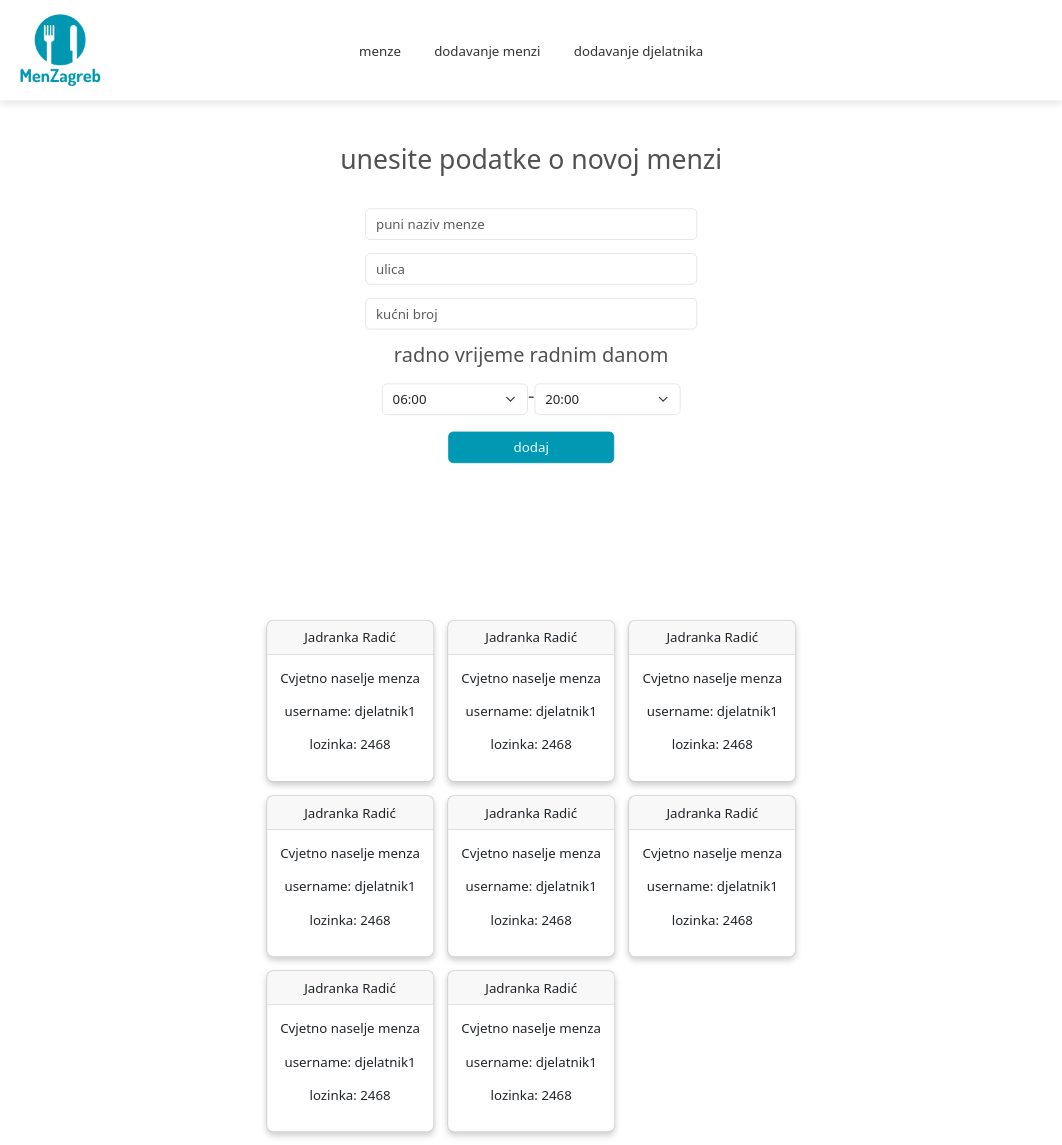
Repository: MENZG/menZg
Page: /admin/dodajMenzu (app in IzvorniKod/)
The author's editor kept a copy of each file at every save. The page is drawn from the files as they stood at one save, then again after the next save.
The browser window is 1280 px wide. The pictures show the whole page, at 83% of full size.
The project was rebuilt for these pictures with package versions that can differ from the ones it lists, and the page was loaded fresh each time. Also part of the build but not shown: IzvorniKod/vite.config.ts, IzvorniKod/src/Components/LoginForm.tsx, IzvorniKod/src/Components/AdminLogin.tsx, IzvorniKod/src/Components/EmployeeLogin.tsx, IzvorniKod/src/Components/NavBar.tsx, IzvorniKod/src/Components/ListaMenza.tsx, IzvorniKod/src/Components/Profil.tsx, IzvorniKod/src/Components/AddEmployee.tsx and 5 more.

Above is the page before, as saved 2024-11-07 14:06:15.

### IzvorniKod/index.html
<!DOCTYPE html>
<html lang="en">
  <head>
    <meta charset="UTF-8" />
    <meta name="viewport" content="width=device-width, initial-scale=1.0" />
    <link rel="preconnect" href="https://fonts.googleapis.com">
    <link rel="preconnect" href="https://fonts.gstatic.com" crossorigin>
    <link href="https://fonts.googleapis.com/css2?family=Poiret+One&display=swap" rel="stylesheet">
    <title>MenZG</title>
  </head>
  <body>
    <div id="root"></div>
    <script type="module" src="/src/main.tsx"></script>
  </body>
</html>

### IzvorniKod/src/App.tsx
import {
  BrowserRouter as Router,
  Routes,
  Route,
  Navigate,
} from "react-router-dom";

import LoginForm from "./Components/LoginForm.tsx";
import AdminLogin from "./Components/AdminLogin.tsx";
import "bootstrap/dist/css/bootstrap.min.css";
import EmployeeLogin from "./Components/EmployeeLogin.tsx";
import ListaMenza from "./Components/ListaMenza.tsx";
import Profil from "./Components/Profil.tsx";
import AddMenza from "./Components/AddMenza.tsx";
import AddEmployee from "./Components/AddEmployee.tsx";
import AddWorkingHours from "./Components/AddWorkingHours.tsx";
import AddMeals from "./Components/AddMeals.tsx";
import ListaMenzaAdmin from "./Components/ListaMenzaAdmin.tsx";
import ListaMenzaEmployee from "./Components/ListaMenzaEmployee.tsx";

function App() {
  return (
    <Router>
      <Routes>
        <Route path="/" element={<Navigate to="/login/student" />} />
        <Route path="/login" element={<Navigate to="/login/student" />} />
        <Route path="/login/student" element={<LoginForm />} />
        <Route path="/login/admin" element={<AdminLogin />} />
        <Route path="/login/employee" element={<EmployeeLogin />} />
        <Route path="/menze" element={<ListaMenza />} />
        <Route path="/profil" element={<Profil />} />
        <Route path="/admin/menze" element={<ListaMenzaAdmin />} />
        <Route path="/admin/dodajMenzu" element={<AddMenza />} />
        <Route path="/admin/dodajDjelatnika" element={<AddEmployee />} />
        <Route path="/djelatnik/menze" element={<ListaMenzaEmployee />} />
        <Route path="/djelatnik/dodajJelovnik" element={<AddMeals />} />
        <Route
          path="/djelatnik/dodajRadnoVrijeme"
          element={<AddWorkingHours />}
        />
      </Routes>
    </Router>
  );
}

export default App;

### IzvorniKod/src/Components/AddMenza.tsx
import NavBarAdmin from "./NavBarAdmin";
import { Button, Form } from "react-bootstrap";
import "/src/styles/AddMenza.css";
import ListaEmployees from "./ListaEmployees";

function AddMenza() {
  return (
    <>
      <NavBarAdmin />
      <div className="dodaj-menzu-container">
        <h2 className="h2">unesite podatke o novoj menzi</h2>
        <Form className="w-100" style={{ maxWidth: "400px" }}>
          <Form.Group className="mb-3">
            <Form.Control
              className="form-control"
              type="text"
              placeholder="puni naziv menze"
            />
          </Form.Group>

          <Form.Group className="mb-3">
            <Form.Control
              className="form-control"
              type="text"
              placeholder="ulica"
            />
          </Form.Group>

          <Form.Group className="mb-3">
            <Form.Control
              className="form-control"
              type="text"
              placeholder="kućni broj"
            />
          </Form.Group>

          <h4 className="h4">radno vrijeme radnim danom</h4>
          <div className="select-container">
            <select className="form-select" aria-label="Default select example">
              <option selected>06:00</option>
              <option value="6">06:00</option>
              <option value="7">07:00</option>
              <option value="8">08:00</option>
              <option value="9">09:00</option>
              <option value="10">10:00</option>
              <option value="11">11:00</option>
              <option value="12">12:00</option>
              <option value="13">13:00</option>
              <option value="14">14:00</option>
              <option value="15">15:00</option>
              <option value="16">16:00</option>
              <option value="17">17:00</option>
              <option value="18">18:00</option>
              <option value="19">19:00</option>
              <option value="20">20:00</option>
              <option value="21">21:00</option>
              <option value="22">22:00</option>
              <option value="23">23:00</option>
            </select>
            <h4 className="h4"> - </h4>
            <select className="form-select" aria-label="Default select example">
              <option selected>20:00</option>
              <option value="6">06:00</option>
              <option value="7">07:00</option>
              <option value="8">08:00</option>
              <option value="9">09:00</option>
              <option value="10">10:00</option>
              <option value="11">11:00</option>
              <option value="12">12:00</option>
              <option value="13">13:00</option>
              <option value="14">14:00</option>
              <option value="15">15:00</option>
              <option value="16">16:00</option>
              <option value="17">17:00</option>
              <option value="18">18:00</option>
              <option value="19">19:00</option>
              <option value="20">20:00</option>
              <option value="21">21:00</option>
              <option value="22">22:00</option>
              <option value="23">23:00</option>
            </select>
          </div>

          <Button variant="primary" type="submit" className="w-50 mb-3">
            dodaj
          </Button>
        </Form>
        <ListaEmployees />
      </div>
    </>
  );
}

export default AddMenza;

### IzvorniKod/src/styles/ListaMenza.css
/*.card-container {
    display: grid;
    grid-template-columns: repeat(auto-fill, minmax(18rem, 1fr));
    gap: 1rem;
    padding: 1rem;
    justify-items: center;
    align-items: start;
    padding-top: 20vh;
  }*/

  .card-container {
    display: grid;
    grid-template-columns: repeat(3, 1fr); /* Maksimalno 3 stupca */
    gap: 1rem;
    padding: 1rem;
    justify-items: center;
    justify-content: center;
    align-items: start;
    padding-top: 24vh;
    max-width: 75vw; /* Održite ovu širinu za udaljenost od rubova */
    margin-left: auto; /* Centriranje pomoću automatskih margina */
    margin-right: auto;
  }

  /* Smanji na 2 stupca za srednje ekrane */
  @media (max-width: 768px) {
    .card-container {
      grid-template-columns: repeat(2, 1fr);
    }
  }

  /* Smanji na 1 stupac za male ekrane (mobitele) */
  @media (max-width: 480px) {
    .card-container {
      grid-template-columns: 1fr;
    }
  }

  .card {
    box-shadow: 0px 4px 8px rgba(0, 0, 0, 0.2);
    border-radius: 8px;
    transition: transform 0.3s ease;
  }

  .card:hover {
    transform: scale(1.05);
  }

  .card img {
    border-top-left-radius: 8px;
    border-top-right-radius: 8px;
    object-fit: cover;
    height: 25vh;
  }

  .btn-primary{
    background-color: #0098b3;
    color: azure;
    border-color: #0098b3;
  }

  .btn-primary:hover{
    background-color: #00758a;
    border-color: #00758a;
  }

  .button-container {
    text-align: center;
  }

### IzvorniKod/src/Components/NavBarAdmin.tsx
import "/src/styles/NavBar.css";
import { useNavigate } from "react-router-dom";
import { Button } from "react-bootstrap";

const NavBarAdmin = () => {
  const navigate = useNavigate();

  const handleOnClickMenze = () => {
    navigate("/admin/menze");
  };

  const handleOnClickAddMenza = () => {
    navigate("/admin/dodajMenzu");
  };

  const handleOnClickAddEmployee = () => {
    navigate("/admin/dodajDjelatnika");
  };
  return (
    <nav className="navbar navbar-expand-lg bg-body-tertiary navbar-bg">
      <div className="container-fluid">
        <img
          src="/src/public/MenZagreb.png"
          alt="logo slika"
          className="logo-img"
        ></img>
        <div className="nav-btn-container">
          <ul className="navbar-nav me-auto mb-2 mb-lg-0">
            <li className="nav-item">
              <Button className="nav-btn" onClick={handleOnClickMenze}>
                menze
              </Button>
            </li>
            <li className="nav-item">
              <Button className="nav-btn" onClick={handleOnClickAddMenza}>
                dodavanje menzi
              </Button>
            </li>
            <li className="nav-item">
              <Button className="nav-btn" onClick={handleOnClickAddEmployee}>
                dodavanje djelatnika
              </Button>
            </li>
          </ul>
        </div>
      </div>
    </nav>
  );
};

export default NavBarAdmin;

### IzvorniKod/src/styles/AddMenza.css
.dodaj-menzu-container{
    display: flex;
    flex-direction: column;
    align-items: center; /* Centers the children horizontally */
    justify-content: center; /* Centers the children vertically, if needed */
    text-align: center;
    padding-top: 24vh;
}

.h2{
    color: rgb(81, 81, 81);
    margin-bottom: 40px;
}
.h4{
    color: rgb(81, 81, 81);
}

body {
    display: flex;
    justify-content: center; /* Centers horizontally */
    align-items: center; /* Centers vertically */
    min-height: 100vh; /* Ensures the body takes the full height of the viewport */
    margin: 0; /* Removes default margin */
  }

.select-container{
    display: flex;
    flex-direction: row;
    margin: 20px;
}

### IzvorniKod/src/Components/ListaEmployees.tsx
import "/src/styles/ListaMenza.css";

const ListaEmployees = () => {
  return (
    <div className="card-container">
      <div className="card">
        <div className="card-header">Jadranka Radić</div>
        <div className="card-body">
          <p>Cvjetno naselje menza</p>
          <p>username: djelatnik1</p>
          <p>lozinka: 2468</p>
        </div>
      </div>
      <div className="card">
        <div className="card-header">Jadranka Radić</div>
        <div className="card-body">
          <p>Cvjetno naselje menza</p>
          <p>username: djelatnik1</p>
          <p>lozinka: 2468</p>
        </div>
      </div>
      <div className="card">
        <div className="card-header">Jadranka Radić</div>
        <div className="card-body">
          <p>Cvjetno naselje menza</p>
          <p>username: djelatnik1</p>
          <p>lozinka: 2468</p>
        </div>
      </div>
      <div className="card">
        <div className="card-header">Jadranka Radić</div>
        <div className="card-body">
          <p>Cvjetno naselje menza</p>
          <p>username: djelatnik1</p>
          <p>lozinka: 2468</p>
        </div>
      </div>
      <div className="card">
        <div className="card-header">Jadranka Radić</div>
        <div className="card-body">
          <p>Cvjetno naselje menza</p>
          <p>username: djelatnik1</p>
          <p>lozinka: 2468</p>
        </div>
      </div>
      <div className="card">
        <div className="card-header">Jadranka Radić</div>
        <div className="card-body">
          <p>Cvjetno naselje menza</p>
          <p>username: djelatnik1</p>
          <p>lozinka: 2468</p>
        </div>
      </div>
      <div className="card">
        <div className="card-header">Jadranka Radić</div>
        <div className="card-body">
          <p>Cvjetno naselje menza</p>
          <p>username: djelatnik1</p>
          <p>lozinka: 2468</p>
        </div>
      </div>
      <div className="card">
        <div className="card-header">Jadranka Radić</div>
        <div className="card-body">
          <p>Cvjetno naselje menza</p>
          <p>username: djelatnik1</p>
          <p>lozinka: 2468</p>
        </div>
      </div>
    </div>
  );
};

export default ListaEmployees;

### IzvorniKod/src/styles/AddEmployee.css
.dodaj-djelatnika-container{
    display: flex;
    flex-direction: column;
    align-items: center; /* Centers the children horizontally */
    justify-content: center; /* Centers the children vertically, if needed */
    text-align: center;
    padding-top: 24vh;
}

.h2{
    color: rgb(81, 81, 81);
    margin-bottom: 40px;
}

body {
    display: flex;
    justify-content: center; /* Centers horizontally */
    align-items: center; /* Centers vertically */
    min-height: 100vh; /* Ensures the body takes the full height of the viewport */
    margin: 0; /* Removes default margin */
  }

### IzvorniKod/src/styles/NavBar.css
.logo-img {
    height: 14vh;
    margin: 0;
}

/* Stil za navigacijske botune */
.nav-item .nav-btn {
    background: none;
    border: none;
    color: #333;
    font-weight: normal;
    cursor: pointer;
    padding: 0;
    text-decoration: none;
    margin: 0 20px;
}

.nav-item .nav-btn:hover {
    color: #0098b3;
    background: none;
}

.nav-btn-container {
    position: absolute;
    left: 50%;
    transform: translateX(-50%);
    display: flex;
    gap: 20px;
    align-items: center;
}

/* Stil za pozadinu navbara */
.navbar-bg {
    background-color: white !important;
}

/* Navbar - fiksna pozicija i stil */
.navbar {
    position: fixed;
    top: 0;
    left: 0;
    width: 100%;
    z-index: 1000;
    background-color: white;
    box-shadow: 0 4px 8px rgba(0, 0, 0, 0.1);
    padding: 10px;
}

/* Kontejner za elemente unutar navbara */
.navbar .container-fluid {
    display: flex;
    align-items: center;
    justify-content: space-between; /* Logo lijevo, ostatak desno */
    position: relative;
}

/* Centriranje logo-a */
.logo-img {
    margin-right: auto; /* Osigurava da logo ostane skroz lijevo */
}

### IzvorniKod/src/styles/ListaEmployees.css
.card-container {
    display: grid;
    grid-template-columns: repeat(3, 1fr); /* Maksimalno 3 stupca */
    gap: 1rem;
    padding: 1rem;
    justify-items: center;
    justify-content: center;
    align-items: start;
    padding-top: 10vh;
    max-width: 75vw; /* Održite ovu širinu za udaljenost od rubova */
    margin-left: auto; /* Centriranje pomoću automatskih margina */
    margin-right: auto;
  }

  /* Smanji na 2 stupca za srednje ekrane */
  @media (max-width: 768px) {
    .card-container {
      grid-template-columns: repeat(2, 1fr);
    }
  }

  /* Smanji na 1 stupac za male ekrane (mobitele) */
  @media (max-width: 480px) {
    .card-container {
      grid-template-columns: 1fr;
    }
  }

  .card {
    box-shadow: 0px 4px 8px rgba(0, 0, 0, 0.2);
    border-radius: 8px;
    transition: transform 0.3s ease;
  }

  .card:hover {
    transform: scale(1.05);
  }

  .card img {
    border-top-left-radius: 8px;
    border-top-right-radius: 8px;
    object-fit: cover;
    height: 25vh;
  }

  .btn-primary{
    background-color: #0098b3;
    color: azure;
    border-color: #0098b3;
  }

  .btn-primary:hover{
    background-color: #00758a;
    border-color: #00758a;
  }

  .button-container {
    text-align: center;
  }

Loaded but not shown: IzvorniKod/src/main.tsx (common file)

After the next save:
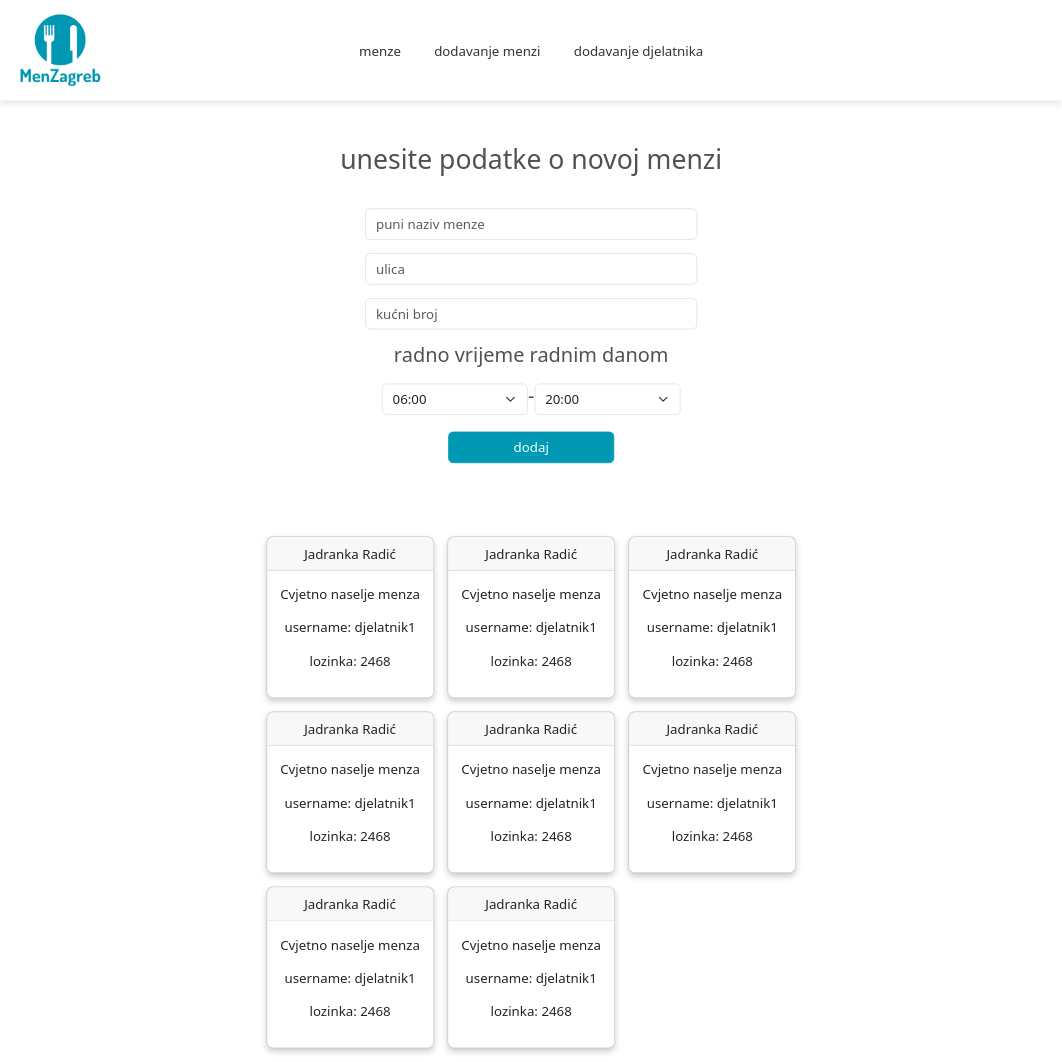
Saved 25 s later.
--- a/IzvorniKod/src/Components/ListaEmployees.tsx
+++ b/IzvorniKod/src/Components/ListaEmployees.tsx
@@ -1,4 +1,4 @@
-import "/src/styles/ListaMenza.css";
+import "/src/styles/ListaEmployees.css";
 
 const ListaEmployees = () => {
   return (
